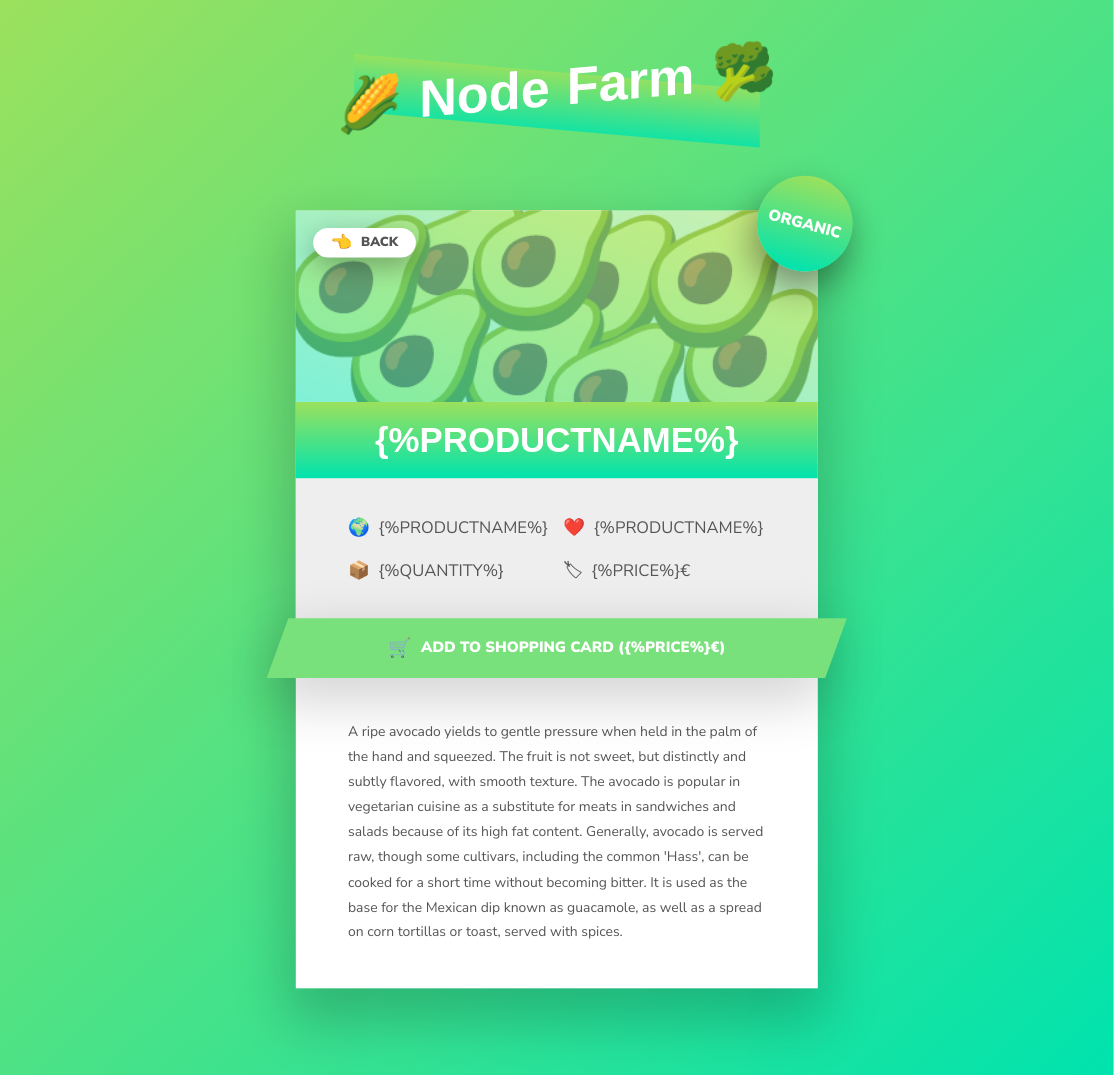
Repository: TranMinhMan040702/nodeJS_UDM
Page: templates/product.html
The author's editor kept a copy of each file at every save. The page is drawn from the files as they stood at one save, then again after the next save.
The browser window is 1280 px wide. The pictures show the whole page, at 87% of full size.
Some web fonts or font styles are not loaded; a fallback is used.

Above is the page before, as saved 2022-09-16 18:58:11.

### templates/product.html
<!DOCTYPE html>
<html lang="en">
  <head>
    <meta charset="UTF-8" />
    <meta name="viewport" content="width=device-width, initial-scale=1.0" />
    <meta http-equiv="X-UA-Compatible" content="ie=edge" />
    <link
      href="https://fonts.googleapis.com/css?family=Megrim|Nunito+Sans:400,900"
      rel="stylesheet"
    />
    <link
      rel="icon"
      href="https://emojipedia-us.s3.dualstack.us-west-1.amazonaws.com/thumbs/240/apple/155/ear-of-maize_1f33d.png"
    />

    <title>Fresh Avocados 🥑 /// NODE FARM</title>

    <style>
      *,
      *::before,
      *::after {
        margin: 0;
        padding: 0;
        box-sizing: inherit;
      }

      html {
        font-size: 62.5%;
        box-sizing: border-box;
      }

      body {
        padding: 5rem 5rem 10rem;
        line-height: 1.7;
        font-family: 'Nunito Sans', sans-serif;
        color: #555;
        min-height: 100vh;
        background: linear-gradient(to bottom right, #9be15d, #00e3ae);
      }

      h1 {
        font-family: 'Megrim', sans-serif;
        font-size: 6rem;
        color: white;
        transform: skewY(-5deg);
        text-align: center;
        position: relative;
        word-spacing: 3px;
      }

      h1::before {
        content: '';
        display: block;
        height: 65%;
        width: 49%;
        position: absolute;
        top: 105%;
        left: 50%;
        background: linear-gradient(to bottom, #9be15d, #00e3ae);
        opacity: 0.8;
        z-index: -1;
        transform: skewY(370deg) translate(-50%, -50%);
      }

      .container {
        width: 95rem;
        margin: 0 auto;
      }

      .product {
        width: 60rem;
        margin: 0 auto;
        margin-top: 9rem;
        background: white;
        box-shadow: 0 3rem 6rem 1rem rgba(0, 0, 0, 0.2);
        position: relative;
      }

      .product__hero {
        position: relative;
        height: 22rem;
        overflow: hidden;
      }

      .product__hero::before {
        content: '';
        display: block;
        height: 100%;
        width: 100%;
        position: absolute;
        top: 0;
        left: 0;
        background-image: linear-gradient(to left bottom, #9be15d, #00e3ae);
        opacity: 0.5;
        z-index: 100;
      }

      .product__emoji {
        font-size: 15rem;
        position: absolute;
      }

      .product__emoji--1 {
        top: -4rem;
        left: -2rem;
        z-index: 10;
      }

      .product__emoji--2 {
        top: -6rem;
        left: 9rem;
      }

      .product__emoji--3 {
        top: -4rem;
        right: 15rem;
      }

      .product__emoji--4 {
        top: -5rem;
        right: 2rem;
        z-index: 10;
      }

      .product__emoji--5 {
        bottom: -9rem;
        left: 18rem;
      }

      .product__emoji--6 {
        bottom: -8rem;
        left: 5rem;
      }

      .product__emoji--7 {
        bottom: -12rem;
        right: 14rem;
      }

      .product__emoji--8 {
        bottom: -8rem;
        right: -2rem;
      }

      .product__emoji--9 {
        top: -7rem;
        left: 19rem;
      }

      .product__organic {
        position: absolute;
        top: -4rem;
        right: -4rem;
        z-index: 1000;
        height: 11rem;
        width: 11rem;
        background-image: linear-gradient(to bottom, #9be15d, #00e3ae);
        border-radius: 50%;
        transform: rotate(15deg);
        box-shadow: 0 2rem 4rem rgba(0, 0, 0, 0.4);
        display: flex;
        align-items: center;
        justify-content: center;
      }

      .product__organic h5 {
        font-weight: 900;
        text-transform: uppercase;
        font-size: 1.8rem;
        color: white;
      }

      .product__back:link,
      .product__back:visited {
        position: absolute;
        top: 2rem;
        left: 2rem;
        font-size: 1.5rem;
        font-weight: 700;
        text-transform: uppercase;
        text-decoration: none;
        z-index: 1000;
        color: #555;
        background-color: white;
        box-shadow: 0 1rem 3rem rgba(0, 0, 0, 0.3);
        border-radius: 100rem;
        padding: 0 2rem;
        transition: all 0.3s;
        display: flex;
        align-items: center;
      }

      .product__back:hover,
      .product__back:active {
        background-color: #79e17b;
      }

      .product__name {
        background: linear-gradient(to bottom, #9be15d, #00e3ae);
        padding: 1rem;
        font-family: 'Megrim', sans-serif;
        font-size: 4rem;
        color: white;
        text-align: center;
        word-spacing: 2px;
      }

      .product__details {
        background-color: #eee;
        padding: 4rem 6rem;
        font-size: 1.9rem;
        display: grid;
        grid-template-columns: 1fr 1fr;
        grid-gap: 1.5rem;
      }

      .product__description {
        padding: 5rem 6rem;
        font-size: 1.6rem;
        line-height: 1.8;
      }

      .product__link:link,
      .product__link:visited {
        display: block;
        background-color: #79e17b;
        color: white;
        font-size: 1.6rem;
        font-weight: 700;
        text-transform: uppercase;
        text-decoration: none;
        padding: 1.5rem;
        text-align: center;
        transform: scale(1.07) skewX(-20deg);
        box-shadow: 0 2rem 6rem rgba(0, 0, 0, 0.2);
        display: flex;
        align-items: center;
        justify-content: center;
        transition: all 0.3s;
      }

      .product__link:hover,
      .product__link:active {
        background-color: #9be15d;
        transform: scale(1.1) skewX(-20deg);
      }

      .product__link span {
        transform: skewX(20deg);
      }

      .emoji-left {
        font-size: 2rem;
        margin-right: 1rem;
      }

      .emoji-right {
        font-size: 2rem;
        margin-left: 1rem;
      }

      .not-organic {
        display: none;
      }
    </style>
  </head>

  <body>
    <div class="container">
      <h1>🌽 Node Farm 🥦</h1>

      <figure class="product">
        <div class="product__organic"><h5>Organic</h5></div>
        <a href="#" class="product__back">
          <span class="emoji-left">👈</span>Back
        </a>
        <div class="product__hero">
          <span class="product__emoji product__emoji--1">🥑</span>
          <span class="product__emoji product__emoji--2">🥑</span>
          <span class="product__emoji product__emoji--3">🥑</span>
          <span class="product__emoji product__emoji--4">🥑</span>
          <span class="product__emoji product__emoji--5">🥑</span>
          <span class="product__emoji product__emoji--6">🥑</span>
          <span class="product__emoji product__emoji--7">🥑</span>
          <span class="product__emoji product__emoji--8">🥑</span>
          <span class="product__emoji product__emoji--9">🥑</span>
        </div>
        <h2 class="product__name">{%PRODUCTNAME%}</h2>
        <div class="product__details">
          <p><span class="emoji-left">🌍</span>{%PRODUCTNAME%}</p>
          <p><span class="emoji-left">❤️</span>{%PRODUCTNAME%}</p>
          <p><span class="emoji-left">📦</span>{%QUANTITY%}</p>
          <p><span class="emoji-left">🏷</span>{%PRICE%}€</p>
        </div>

        <a href="#" class="product__link">
          <span class="emoji-left">🛒</span>
          <span>Add to shopping card ({%PRICE%}€)</span>
        </a>

        <p class="product__description">
          A ripe avocado yields to gentle pressure when held in the palm of the
          hand and squeezed. The fruit is not sweet, but distinctly and subtly
          flavored, with smooth texture. The avocado is popular in vegetarian
          cuisine as a substitute for meats in sandwiches and salads because of
          its high fat content. Generally, avocado is served raw, though some
          cultivars, including the common 'Hass', can be cooked for a short time
          without becoming bitter. It is used as the base for the Mexican dip
          known as guacamole, as well as a spread on corn tortillas or toast,
          served with spices.
        </p>
      </figure>

    </div>
  </body>
</html>

After the next save:
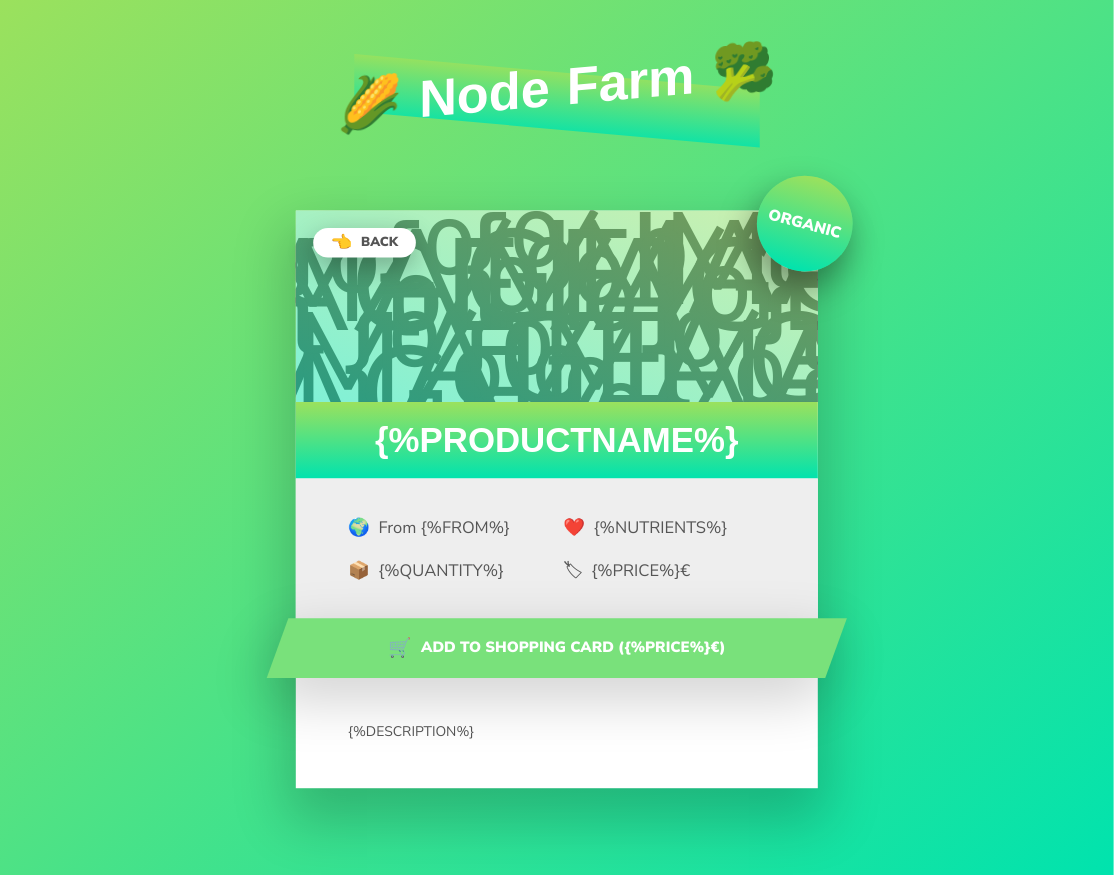
Saved 2 s later.
--- a/templates/product.html
+++ b/templates/product.html
@@ -13,7 +13,7 @@
       href="https://emojipedia-us.s3.dualstack.us-west-1.amazonaws.com/thumbs/240/apple/155/ear-of-maize_1f33d.png"
     />
 
-    <title>Fresh Avocados 🥑 /// NODE FARM</title>
+    <title>{%PRODUCTNAME%} {%IMAGE%} /// NODE FARM</title>
 
     <style>
       *,
@@ -275,20 +275,20 @@
           <span class="emoji-left">👈</span>Back
         </a>
         <div class="product__hero">
-          <span class="product__emoji product__emoji--1">🥑</span>
-          <span class="product__emoji product__emoji--2">🥑</span>
-          <span class="product__emoji product__emoji--3">🥑</span>
-          <span class="product__emoji product__emoji--4">🥑</span>
-          <span class="product__emoji product__emoji--5">🥑</span>
-          <span class="product__emoji product__emoji--6">🥑</span>
-          <span class="product__emoji product__emoji--7">🥑</span>
-          <span class="product__emoji product__emoji--8">🥑</span>
-          <span class="product__emoji product__emoji--9">🥑</span>
+          <span class="product__emoji product__emoji--1">{%IMAGE%}</span>
+          <span class="product__emoji product__emoji--2">{%IMAGE%}</span>
+          <span class="product__emoji product__emoji--3">{%IMAGE%}</span>
+          <span class="product__emoji product__emoji--4">{%IMAGE%}</span>
+          <span class="product__emoji product__emoji--5">{%IMAGE%}</span>
+          <span class="product__emoji product__emoji--6">{%IMAGE%}</span>
+          <span class="product__emoji product__emoji--7">{%IMAGE%}</span>
+          <span class="product__emoji product__emoji--8">{%IMAGE%}</span>
+          <span class="product__emoji product__emoji--9">{%IMAGE%}</span>
         </div>
         <h2 class="product__name">{%PRODUCTNAME%}</h2>
         <div class="product__details">
-          <p><span class="emoji-left">🌍</span>{%PRODUCTNAME%}</p>
-          <p><span class="emoji-left">❤️</span>{%PRODUCTNAME%}</p>
+          <p><span class="emoji-left">🌍</span>From {%FROM%}</p>
+          <p><span class="emoji-left">❤️</span>{%NUTRIENTS%}</p>
           <p><span class="emoji-left">📦</span>{%QUANTITY%}</p>
           <p><span class="emoji-left">🏷</span>{%PRICE%}€</p>
         </div>
@@ -299,15 +299,7 @@
         </a>
 
         <p class="product__description">
-          A ripe avocado yields to gentle pressure when held in the palm of the
-          hand and squeezed. The fruit is not sweet, but distinctly and subtly
-          flavored, with smooth texture. The avocado is popular in vegetarian
-          cuisine as a substitute for meats in sandwiches and salads because of
-          its high fat content. Generally, avocado is served raw, though some
-          cultivars, including the common 'Hass', can be cooked for a short time
-          without becoming bitter. It is used as the base for the Mexican dip
-          known as guacamole, as well as a spread on corn tortillas or toast,
-          served with spices.
+          {%DESCRIPTION%}
         </p>
       </figure>
 
